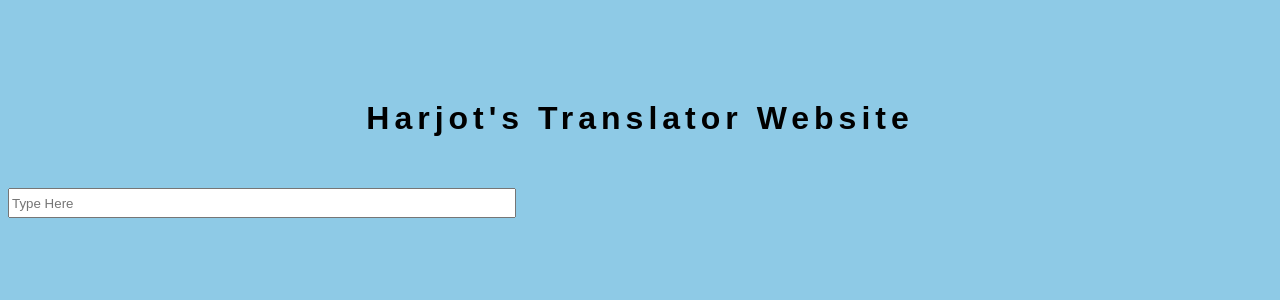
Repository: Harjot00/Pythonpractice
Page: Translator/homepage.html
The author's editor kept a copy of each file at every save. The page is drawn from the files as they stood at one save, then again after the next save.
The browser window is 1280 px wide. The pictures show the whole page.
Some web fonts or font styles are not loaded; a fallback is used.

Above is the page before, as saved 2022-03-06 18:18:57.

### Translator/homepage.html
<!DOCTYPE html>
<html lang="en">
<head>
    <meta charset="UTF-8">
    <meta http-equiv="X-UA-Compatible" content="IE=edge">
    <meta name="viewport" content="width=device-width, initial-scale=1.0">
    <title>Harjot's Translator</title>
    <link rel="stylesheet" href="styles.css">
    <link href="http://fonts.cdnfonts.com/css/mrs-sheppards" rel="stylesheet">

</head>
<body>
    <h1 style = "font-family: 'Mrs Sheppards', sans-serif;letter-spacing: 5px;">Harjot's Translator Website</h1>
    <input type="text" id="entry" placeholder="Type Here"></input>
</body>
</html>

### Translator/styles.css
body{
    background-color: #8ECAE6;
    font-family: open sans;
}
h1{
    margin-top: 100px;
    text-align: center;
}
#entry{
    width: 500px;
    height: 24px;
    margin: 30px 0px 200px 0px;
}

After the next save:
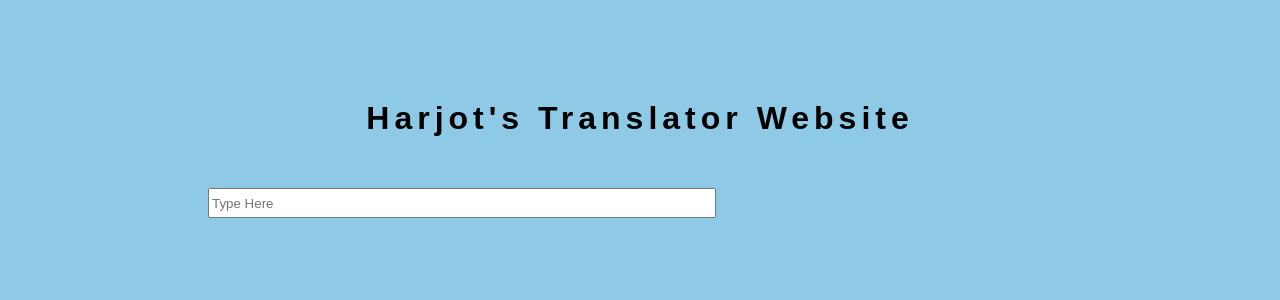
Saved 20 s later.
--- a/Translator/styles.css
+++ b/Translator/styles.css
@@ -9,5 +9,5 @@
 #entry{
     width: 500px;
     height: 24px;
-    margin: 30px 0px 200px 0px;
+    margin: 30px 0px 0px 200px;
 }
